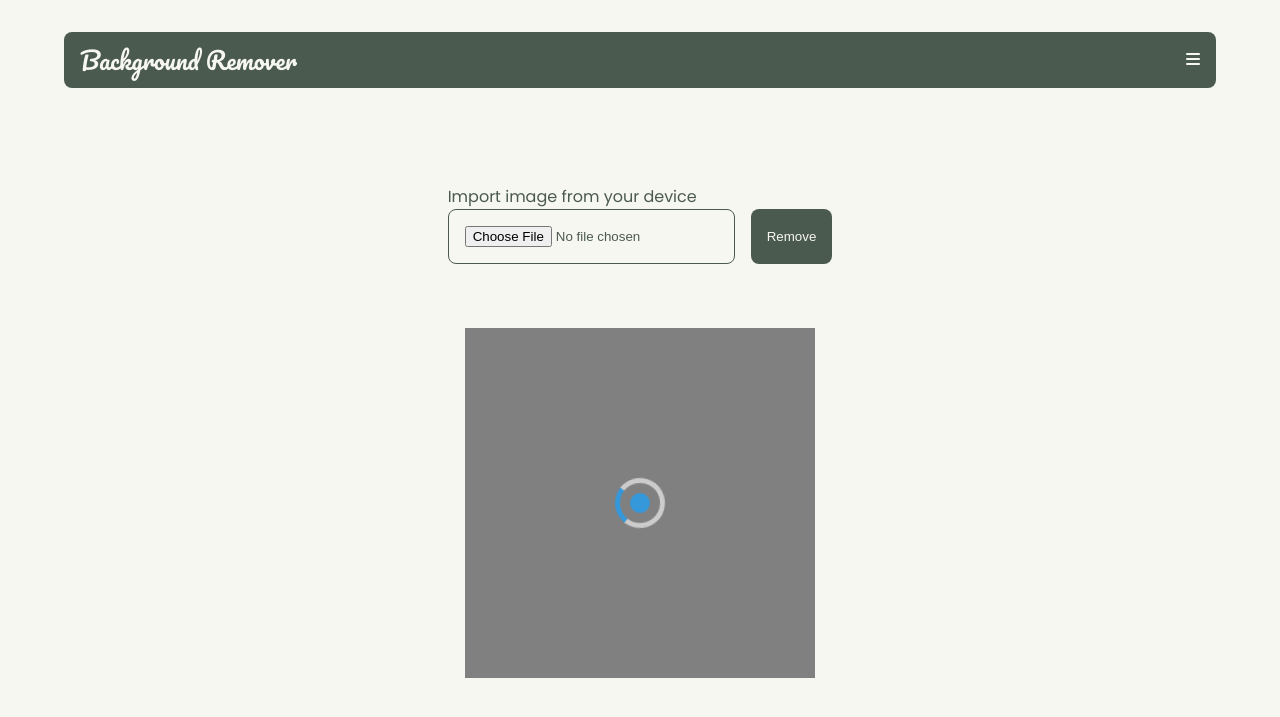
Repository: Oyasikelly/backgroundremover
Page: /
The author's editor kept a copy of each file at every save. The page is drawn from the files as they stood at one save, then again after the next save.
The browser window is 1280 px wide. The pictures show the whole page.
Some web libraries are served in a nearby version. The project was rebuilt for these pictures with package versions that can differ from the ones it lists, and the page was loaded fresh each time. Also part of the build but not shown: vite.config.js, src/Components/SavedImages.jsx.

Above is the page before, as saved 2024-12-18 13:35:46.

After the next save:
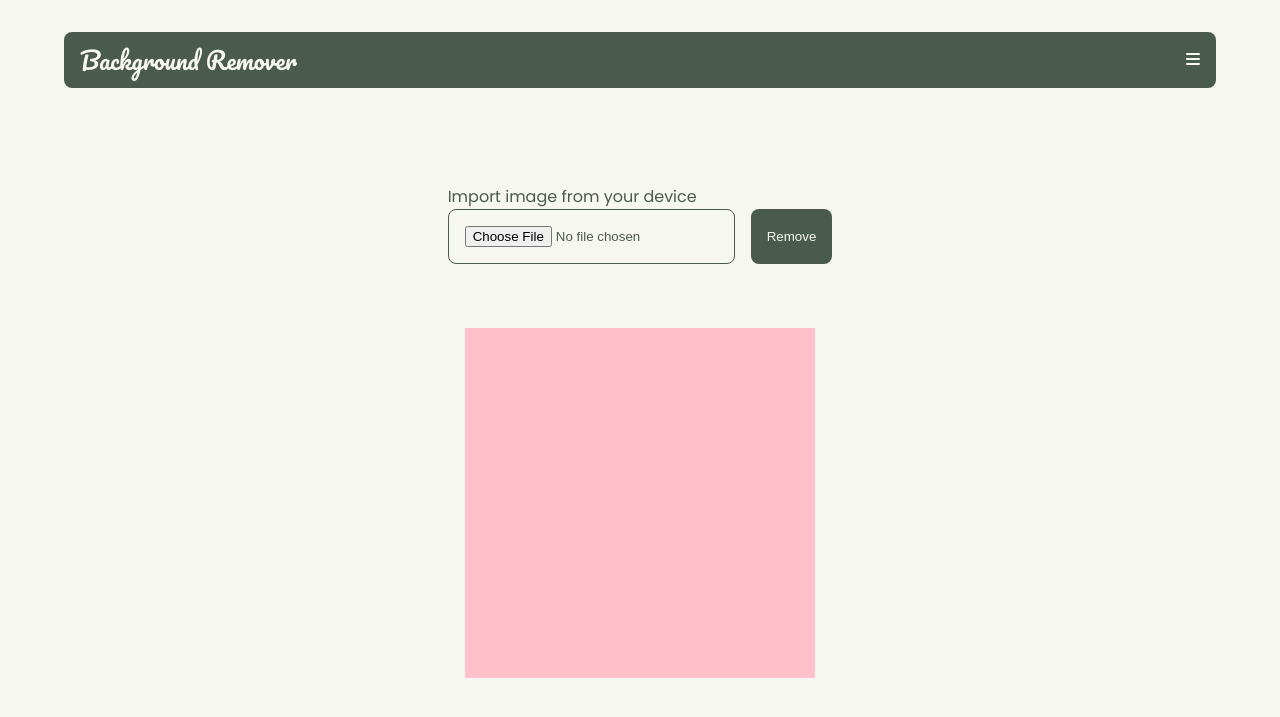
Saved 32 s later.
--- a/src/Components/Remover.jsx
+++ b/src/Components/Remover.jsx
@@ -119,7 +119,7 @@ export default function Remover({
       {/* Output Image */}
 
         <div className="output_container">
-          <Loading />
+        {loading &&  <Loading />}
       {outputImage && (
         <>
           <h3>Background Removed Image:</h3>
